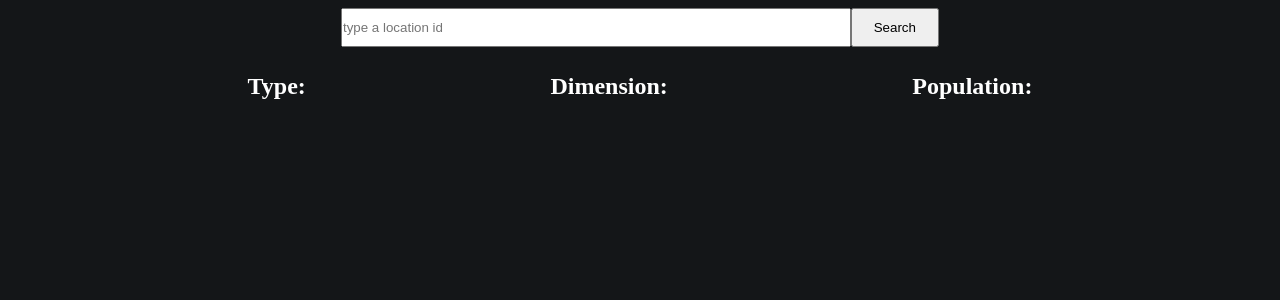
Repository: RobertAries28/ApiRickyMortin
Page: /
The author's editor kept a copy of each file at every save. The page is drawn from the files as they stood at one save, then again after the next save.
The browser window is 1280 px wide. The pictures show the whole page.
The page's requests for data from a server got no answer. The project was rebuilt for these pictures with package versions that can differ from the ones it lists, and the page was loaded fresh each time. No one was signed in, and anything a server would have sent is missing. Also part of the build but not shown: src/ResidentInfo.js.

Above is the page before, as saved 2022-04-29 09:52:31.

### src/index.css

body{
  background: #141618;
  color: white;
}

.information h1{
  font-weight: bold;
}

.information span{
  font-weight: 300;
}

.information_data{
  display: flex;
  justify-content: space-evenly;
}

.personaje{
  display: flex;
  justify-content: space-evenly;

  margin: 30px;
  background: #53575A;
  text-align: left;
}

.personaje img{
  flex-shrink: 0;
  flex-grow: 0;
}

.personaje .status span{
  font-size: 50px;
 color: red;
}

.personaje li{
 margin: 0px;
  font-size: 30px;
  font-weight: bolder;
}



.personaje h1,h2{
  margin: 5px;
}

.personaje span{

  font-size: 20px;

}

.personaje_information{
  display: flex;
  flex-direction: column;
  justify-content: space-evenly;
  margin: 0 10px;
  flex-shrink: 1;
  flex-grow: 0;
}

.personajeList{
  display: flex;
  flex-wrap: wrap;
  justify-content: space-evenly;
}

.searchBox{
  display: flex;
  justify-content: center;
}

.searchBox input{
  width: 40%;
  padding: 10px 0;
}

.searchBox button{
  width: 7%;
}

### src/App.js

import './App.css';
import Locationinfo from './LocationInfo';

const App=() =>{
  return (
    <div className="App">
      <Locationinfo/>
    </div>
  );
}

export default App;

### src/LocationInfo.js
import axios from 'axios';
import React, { useEffect, useState } from 'react';
import './index.css';
import Residentslist from './ResidentsList';
import Searchbox from './SearchBox';

const Locationinfo = () => {
     const [information,setInformation]= useState({})
    useEffect(()=>{
        const random= Math.floor(Math.random()*126)+1;
        axios.get(`https://rickandmortyapi.com/api/location/${random}`)
         .then(res=> setInformation(res.data));

    },[])

    console.log(information)
    return (
        <div className='information'>
            <Searchbox setInformation={setInformation}/>
            <h1>{information.name}</h1>
            <div className='information_data'>
            <h2>Type: <span>{information.type}</span></h2>
            <h2>Dimension: <span>{information.dimension}</span></h2>
            <h2>Population: <span>{information.residents?.length}</span></h2>
            </div>
            <Residentslist urls={information?.residents}/>
        </div>
    );
}

export default Locationinfo;

### src/ResidentsList.js
import React from 'react';
import Residentinfo from './ResidentInfo';
import './index.css';

const Residentslist = ({urls}) => {
    return (
        <div className='personajeList'>
            {
                urls?.map(url=>(
                    <Residentinfo information={url} key={url}/>
                ))
            }
        </div>
    );
}

export default Residentslist;

### src/SearchBox.js
import axios from 'axios';
import React, { useState } from 'react';
import './index.css';

const Searchbox = ({setInformation}) => {
    const [ typeId, setTypeId]= useState("")

    const searchType=()=>{
    axios.get(`https://rickandmortyapi.com/api/location/${typeId}/`)
       .then(res=> setInformation(res.data))
    }

    return (
        <div className='searchBox'>
              <input
                type="text"
                onChange={e=> setTypeId(e.target.value)}
                value={typeId}
                placeholder="type a location id"
            />

            <button onClick={searchType}>
                Search
            </button>
        </div>
    );
}

export default Searchbox;

Loaded but not shown: public/index.html (common file); src/index.js (common file); src/App.css (common file)

After the next save:
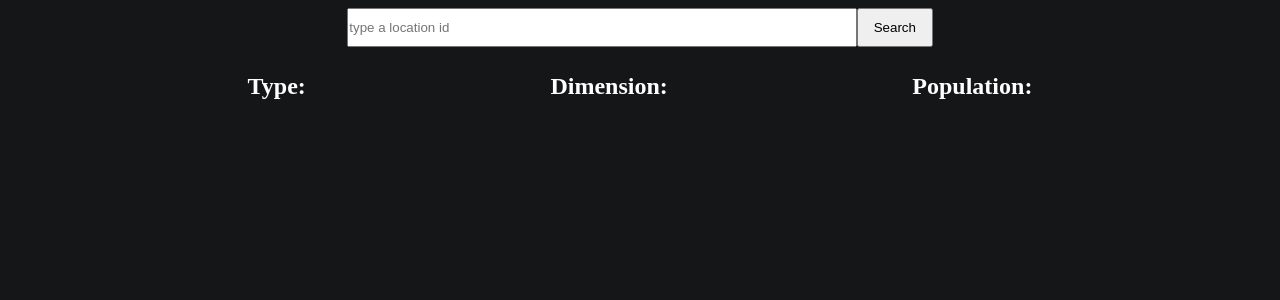
Saved 14 s later.
--- a/src/index.css
+++ b/src/index.css
@@ -80,5 +80,5 @@ body{
 }
 
 .searchBox button{
-  width: 7%;
+  width: 6%;
 }
